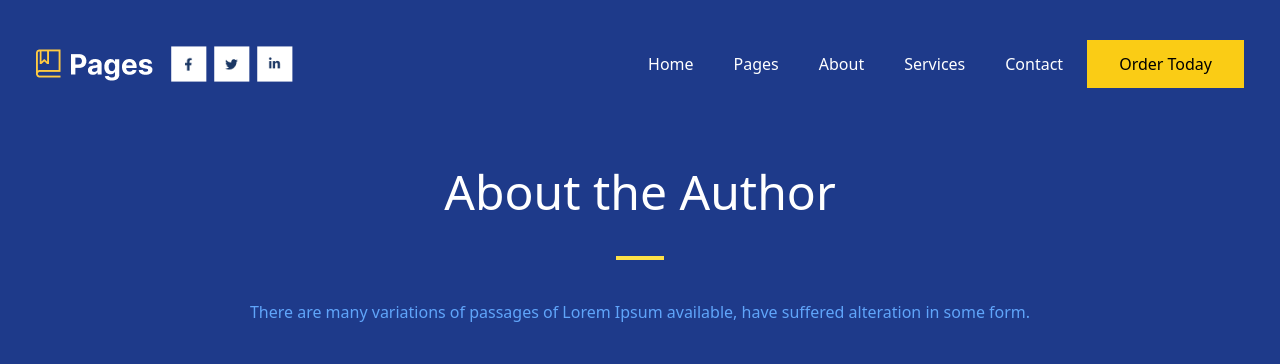
Repository: Godnorg/Class3
Page: index.html
These files come from the project's save history. The page is drawn as it stood at one moment and after the next save; the edit follows.
The browser window is 1280 px wide. The pictures show the whole page.
Some web libraries are served in a nearby version.

Above is the page before, as saved 2023-02-18 00:55:58.

After the next save:
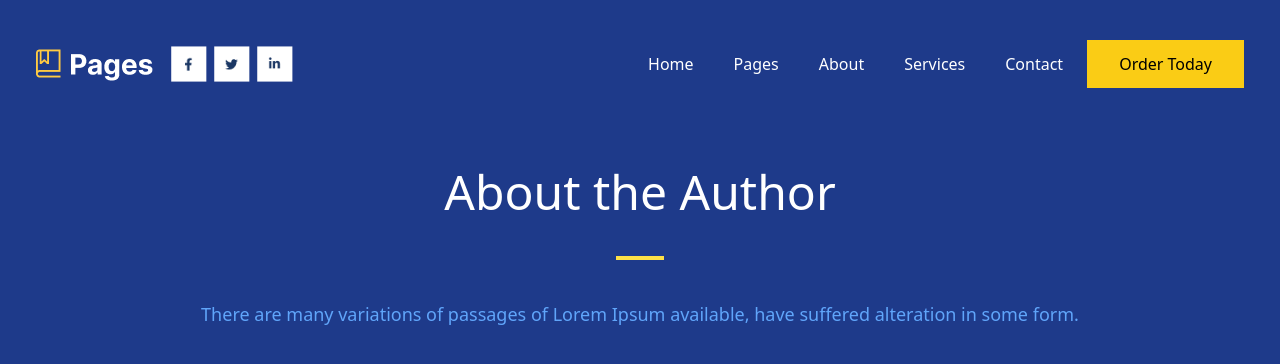
Saved 27 s later.
--- a/index.html
+++ b/index.html
@@ -28,7 +28,7 @@
         <div
             class="items-center w-12 h-1 mx-auto text-center bg-yellow-300">
         </div>
-        <p class="items-center pt-10 mx-auto text-center text-blue-400 t">There are many variations of passages of Lorem Ipsum available, have suffered alteration in some form.</p>
+        <p class="items-center pt-10 mx-auto text-lg text-center text-blue-400">There are many variations of passages of Lorem Ipsum available, have suffered alteration in some form.</p>
 
 
 </body>
